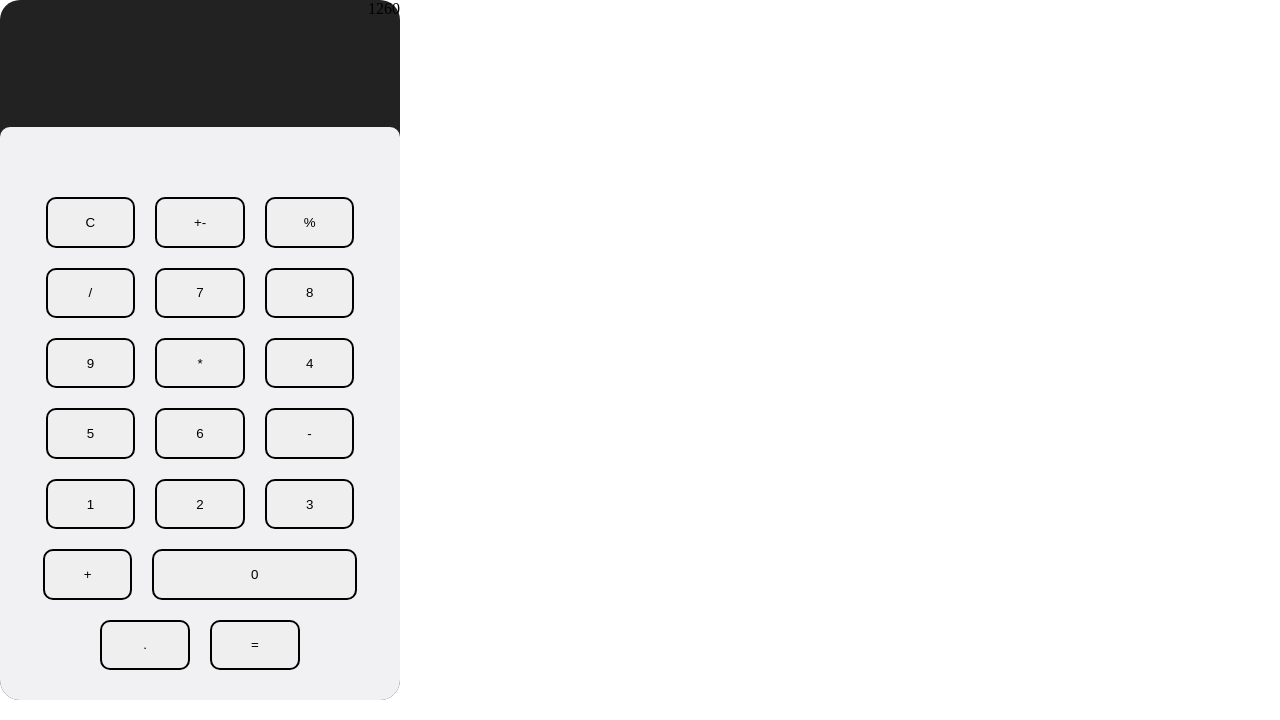
Repository: BrunoBross/calculator
Page: index.html
These files come from the project's save history. The page is drawn as it stood at one moment and after the next save; the edit follows.
The browser window is 1280 px wide. The pictures show the whole page.

Above is the page before, as saved 2021-11-30 23:03:56.

### index.html
<!DOCTYPE html>
<html lang="en">
<head>
  <meta charset="UTF-8">
  <meta http-equiv="X-UA-Compatible" content="IE=edge">
  <meta name="viewport" content="width=device-width, initial-scale=1.0">
  <title>Calculator</title>
  <link rel="stylesheet" href="./style.css">
</head>
<body>
  <main>
    <div class="calculator">
      <div class="view">
        1260
      </div>
      <div class="buttons">
        <button id="C">C</button>
        <button id="+-">+-</button>
        <button id="%">%</button>
        <button id="/">/</button>
        <button id="seven">7</button>
        <button id="eight">8</button>
        <button id="nine">9</button>
        <button id="*">*</button>
        <button id="four">4</button>
        <button id="five">5</button>
        <button id="six">6</button>
        <button id="-">-</button>
        <button id="one">1</button>
        <button id="two">2</button>
        <button id="three">3</button>
        <button id="+">+</button>
        <button id="zero">0</button>
        <button id=".">.</button>
        <button id="=">=</button>
      </div>
    </div>

    <div class="small-square"></div>
    <div class="square"></div>
    <div class="small-circle"></div>
    <div class="circle"></div>
  </main>
</body>
<script src="./script.js"></script>
</html>

### style.css
*{
  padding: 0;
  margin: 0;
}

.calculator{
  background-color: #232222;
  display: flex;
  flex-direction: column;
  width: 400px;
  height: 700px;
  border-radius: 20px;
}

.view{
  display: flex;
  flex-direction: row-reverse;
  height: 200px;

}

.buttons{
  padding-top: 70px;
  padding-bottom: 30px;
  background-color: #F1F1F4;
  display: flex;
  justify-content: center;
  flex-wrap: wrap;
  gap: 20px;
  border-radius: 10px 10px 20px 20px;
}

.buttons > button{
  border: 2px solid black;
  height: 7vh;
  width: 7vw;
  border-radius: 10px;
  cursor: pointer;
  transition: 0.3s;
}

.buttons > button:hover{
  filter: brightness(0.7);
}

#zero{
  width: 16vw;
}

Loaded but not shown: script.js (no copy from this time; the picture is the same without it)

After the next save:
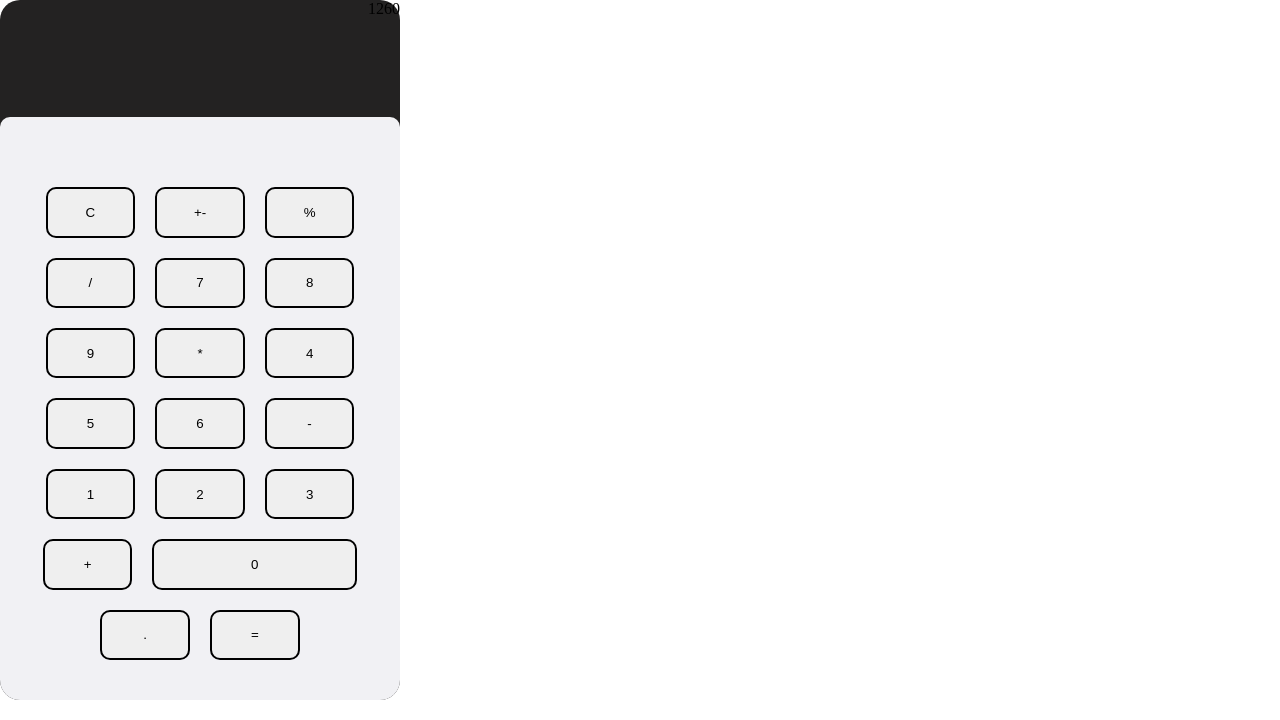
Saved 5 s later.
--- a/style.css
+++ b/style.css
@@ -21,7 +21,7 @@
 
 .buttons{
   padding-top: 70px;
-  padding-bottom: 30px;
+  padding-bottom: 40px;
   background-color: #F1F1F4;
   display: flex;
   justify-content: center;
